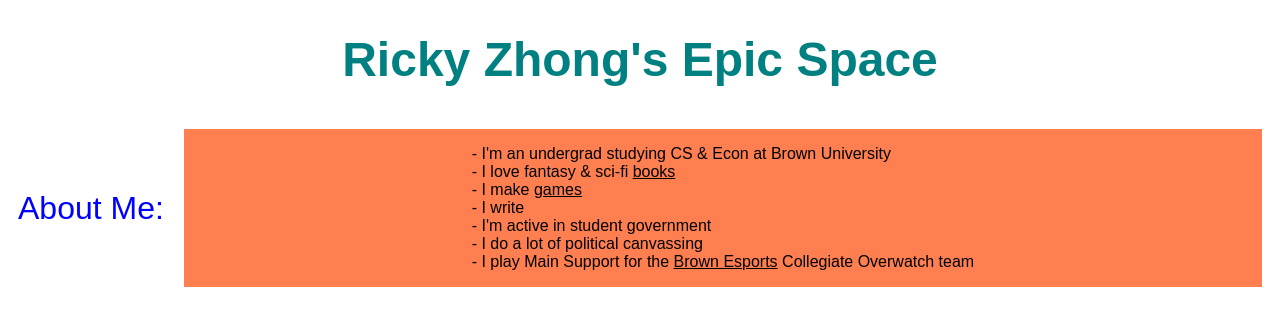
Repository: rickydaricky/rickydaricky.github.io
Page: index.html
An editor plug-in stored every save of this project. The page is shown before and after the next save, followed by the edit.
The browser window is 1280 px wide. The pictures show the whole page.

Above is the page before, as saved 2023-03-31 11:17:57.

After the next save:
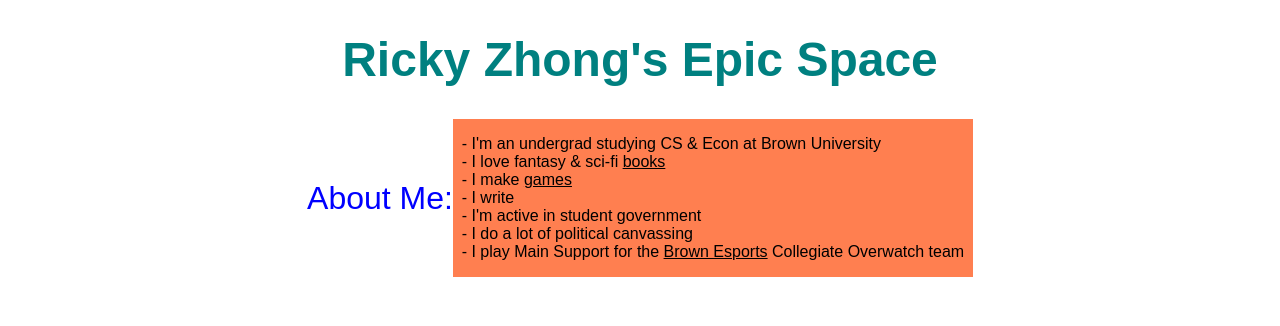
Saved 19 s later.
--- a/main.css
+++ b/main.css
@@ -28,8 +28,7 @@ html * {
 }
 
 .about-container-child {
-  flex: 1 0 200px; /* Set the child element's width to 200px */
-  margin: 10px; /* Add some margin between the child elements */
+  margin: 0 0 0 0;
 }
 
 .square {
